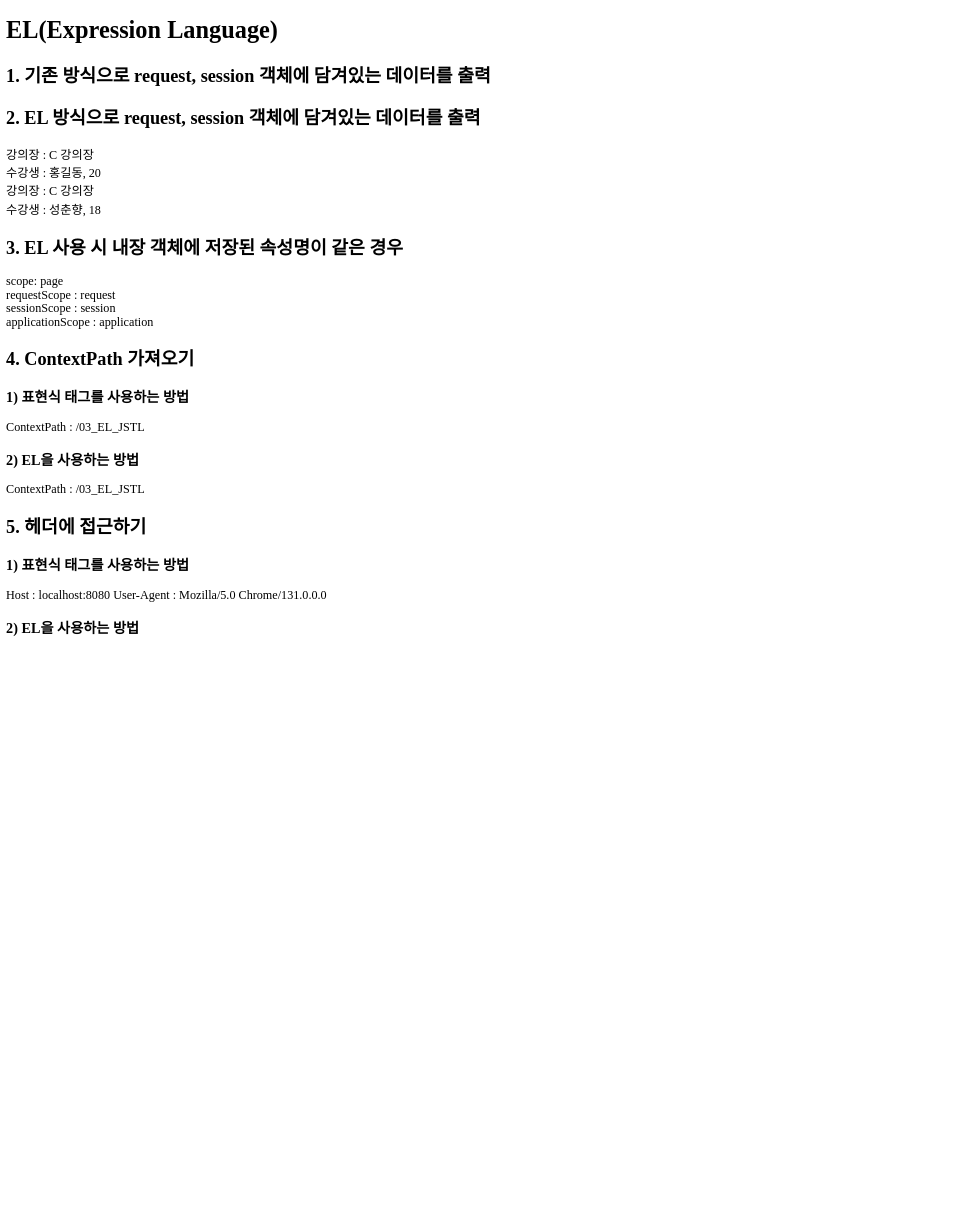
Repository: Parknogyung/Backend
Page: http://localhost/03_EL_JSTL/el.do
The author's editor kept a copy of each file at every save. The page is drawn from the files as they stood at one save, then again after the next save.
The browser window is 1280 px wide. The pictures show the whole page, at 76% of full size.
The page is served by Tomcat 9.

Above is the page before, as saved 2022-07-12 02:34:24.

### 03_EL_JSTL/src/main/webapp/views/el/el.jsp
<%@page import="com.kh.el.model.vo.Student"%>
<%@ page language="java" contentType="text/html; charset=UTF-8"
    pageEncoding="UTF-8"%>
<%
	// Request 영역에 저장된 속성(Attribute)를 가져온다.
	// String classRoom = (String) request.getAttribute("classRoom");
	// Student student = (Student) request.getAttribute("student");

	// Session 영역에 저장된 속성(Attribute)를 가져온다.
	// String classRoom = (String)session.getAttribute("classRoom");
	// Student student = (Student)session.getAttribute("student");
%>
<!DOCTYPE html>
<html>
<head>
<meta charset="UTF-8">
<title>1. EL(Expression Language)</title>
</head>
<body>
	<h1>EL(Expression Language)</h1>

	<h2>1. 기존 방식으로 request, session 객체에 담겨있는 데이터를 출력</h2>
	<%--
	강의장 : <%= classRoom %> <br>
	수강생 : <%= student.getName() %>, <%= student.getAge() %> <br>
	--%>

	<h2>2. EL 방식으로 request, session 객체에 담겨있는 데이터를 출력</h2>
	<!--
		1. EL은 영역 객체에 저장된 속성명(name)을 검색해서 존재하는 경우 값을 가져온다.
		  - Page 영역 -> Request 영역 -> Session 영역 -> Application 영역 순으로 해당 속성을 찾아서 값을 가져온다.
	 	2. EL은 객체의 필드에 직접 접근하는 것 처럼 보이지만 내부적으로는 해당 객체의 Getter 메소드로 접근해서 값을 읽어온다.
	 -->
	강의장 : ${classRoom} <br>
	수강생 : ${student.name }, ${student.age } <br>
	강의장 : ${classRoom } <br>
	수강생 : ${sessionScope.student.name }, ${sessionScope.student.age } <br>

	<h2>3. EL 사용 시 내장 객체에 저장된 속성명이 같은 경우</h2>
	<%
		pageContext.setAttribute("scope", "page");
	%>
	<!-- 여러 영역에 동일한 속성명을 가지는 데이터를 저장했다면, 명시적으로 영역(스코프)를 지정해서 원하는 영역의 속성값을 읽어올 수 있다. -->
	scope: ${ scope } <br>
	requestScope : ${requestScope.scope} <br>
	sessionScope : ${sessionScope.scope } <br>
	applicationScope : ${applicationScope.scope }<br>

	<h2>4. ContextPath 가져오기</h2>
	<h3>1) 표현식 태그를 사용하는 방법</h3>
	ContextPath : <%= request.getContextPath() %>

	<h3>2) EL을 사용하는 방법</h3>
	ContextPath : ${ pageContext.request.contextPath }

	<h2>5. 헤더에 접근하기</h2>
	<h3>1) 표현식 태그를 사용하는 방법</h3>
	Host : <%= request.getHeader("host") %>
	User-Agent : <%= request.getHeader("User-Agent") %>

	<h3>2) EL을 사용하는 방법</h3>
	<br><br><br><br><br><br><br>
	<br><br><br><br><br><br><br>
	<br><br><br><br><br><br><br>
	<br><br><br><br><br><br><br>
	<br><br><br><br><br><br><br>
	<br><br><br><br><br><br><br>
</body>
</html>

### 03_EL_JSTL/src/main/java/com/kh/el/controller/ELServlet.java
package com.kh.el.controller;

import java.io.IOException;

import javax.servlet.ServletContext;
import javax.servlet.ServletException;
import javax.servlet.annotation.WebServlet;
import javax.servlet.http.HttpServlet;
import javax.servlet.http.HttpServletRequest;
import javax.servlet.http.HttpServletResponse;
import javax.servlet.http.HttpSession;

import com.kh.el.model.vo.Student;

/**
 * Servlet implementation class ELServlet
 */
@WebServlet("/el.do")
public class ELServlet extends HttpServlet {
	private static final long serialVersionUID = 1L;

    public ELServlet() {
    }

    @Override
	protected void doGet(HttpServletRequest request, HttpServletResponse response) throws ServletException, IOException {
    	HttpSession session = request.getSession();
    	ServletContext application = request.getServletContext();

    	// Request 영역에 데이터를 저장
    	request.setAttribute("classRoom", "C 강의장");
    	request.setAttribute("student", new Student("홍길동", 20, 80, 80));
    	request.setAttribute("scope", "request");

    	// Session 영역에 데이터를 저장
    	session.setAttribute("classRoom", "D 강의장");
    	session.setAttribute("student", new Student("성춘향", 18, 100, 100));
    	session.setAttribute("scope", "session");

    	// Application 영역에 데이터를 저장
    	application.setAttribute("academy", "KH 정보교육원");
    	application.setAttribute("teacher", "문인수");
    	application.setAttribute("scope", "application");

    	request.getRequestDispatcher("views/el/el.jsp").forward(request, response);
    }

}

### 03_EL_JSTL/src/main/java/com/kh/el/model/vo/Student.java
package com.kh.el.model.vo;

import lombok.AllArgsConstructor;
import lombok.Data;
import lombok.Getter;
import lombok.NoArgsConstructor;

@Data
@NoArgsConstructor
@AllArgsConstructor
public class Student {
	private String name;

	private int age;

	private int math;

	private int english;
}

After the next save:
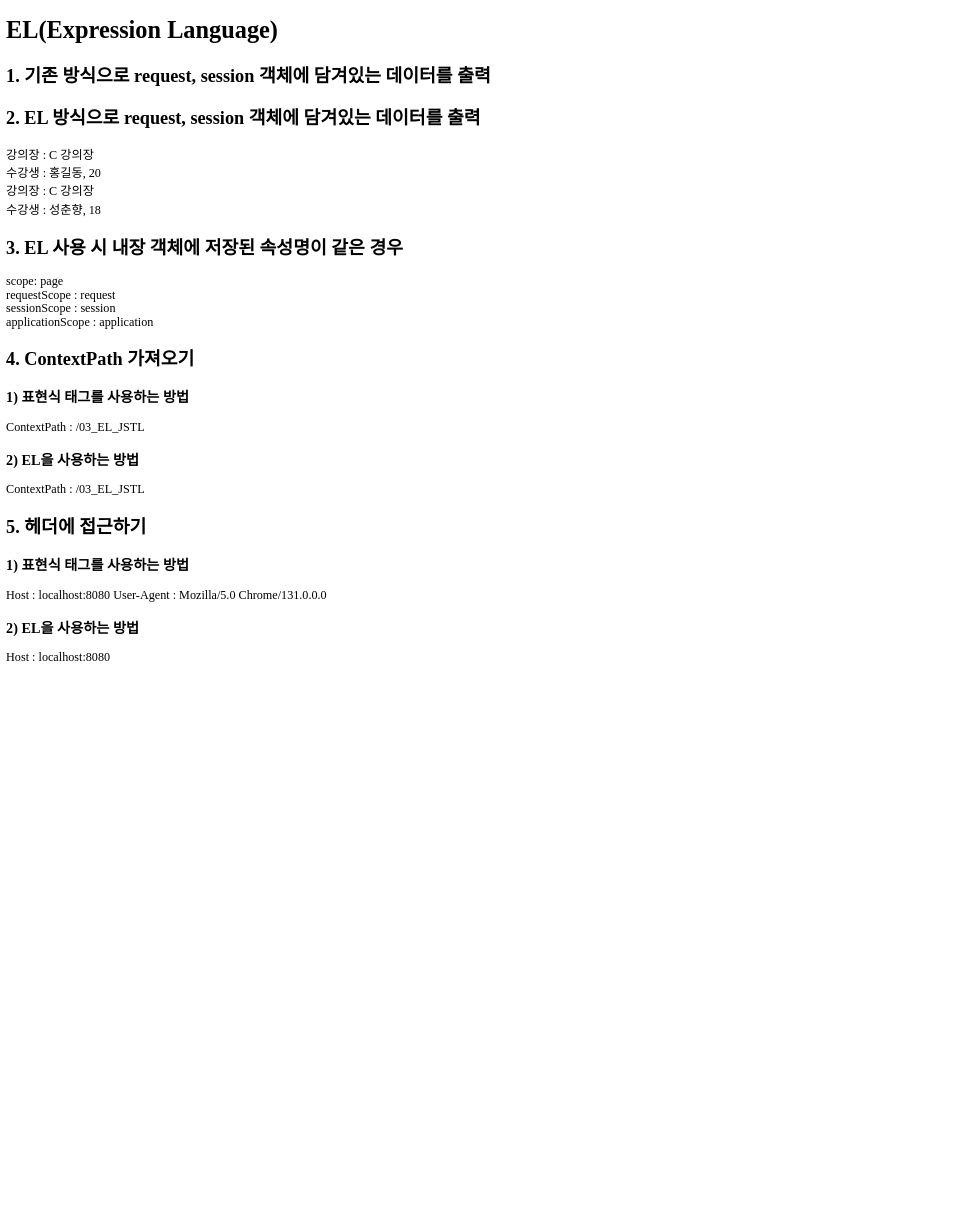
Saved 23 s later.
--- a/03_EL_JSTL/src/main/webapp/views/el/el.jsp
+++ b/03_EL_JSTL/src/main/webapp/views/el/el.jsp
@@ -59,6 +59,8 @@
 	User-Agent : <%= request.getHeader("User-Agent") %>
 
 	<h3>2) EL을 사용하는 방법</h3>
+	Host : ${header.host }
+
 	<br><br><br><br><br><br><br>
 	<br><br><br><br><br><br><br>
 	<br><br><br><br><br><br><br>
